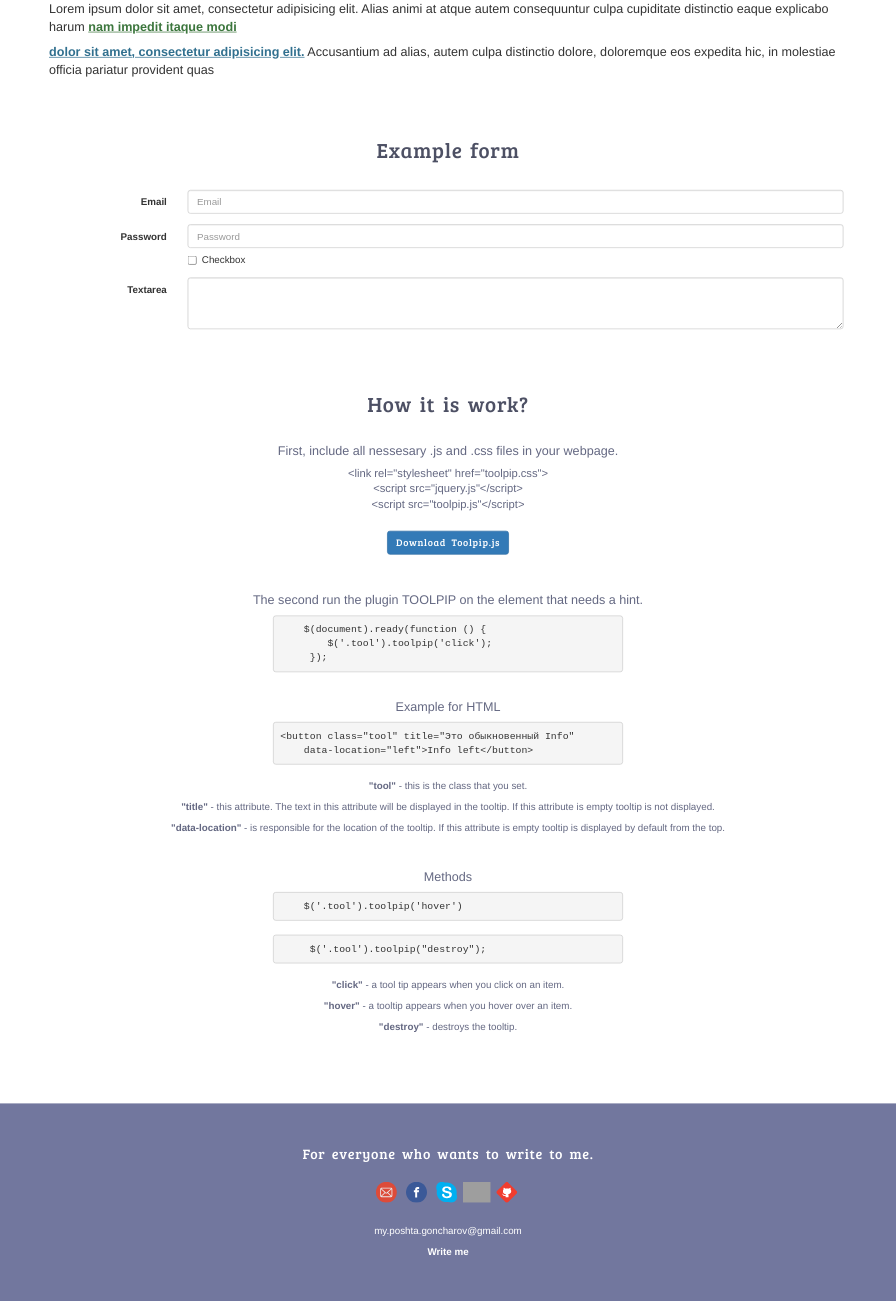
Repository: Raz-Dva/Toolpip-plugin
Page: index.html
The author's editor kept a copy of each file at every save. The page is drawn from the files as they stood at one save, then again after the next save.
The browser window is 1280 px wide. The pictures show the part of the page from y = 1445 to 3365 px (the page is 3304 px tall before and 3365 px after), at 70% of full size.
Pictures or frames that could not be fetched are drawn as grey boxes.

Above is the page before, as saved 2021-10-21 11:13:19.

### index.html
<!DOCTYPE html>
<html lang="en">
  <head>
    <!-- Required meta tags -->
    <meta charset="utf-8" />
    <meta
      name="viewport"
      content="width=device-width, initial-scale=1, shrink-to-fit=no"
    />
    <!-- Bootstrap CSS -->
    <link rel="apple-touch-icon" sizes="180x180" href="/apple-touch-icon.png" />
    <link rel="icon" type="image/png" sizes="32x32" href="favicon-32x32.png" />
    <link rel="icon" type="image/png" sizes="16x16" href="favicon-16x16.png" />
    <link rel="mask-icon" href="/safari-pinned-tab.svg" color="#5bbad5" />
    <meta name="msapplication-TileColor" content="#da532c" />
    <meta name="theme-color" content="#ffffff" />
    <link rel="stylesheet" href="css/library/bootstrap.min.css" />
    <link rel="stylesheet" href="css/normalize.css" />
    <link rel="stylesheet" href="css/toolpip.min.css" />
    <link rel="stylesheet" href="css/main-style.css" />
    <link
      href="https://fonts.googleapis.com/css?family=Bree+Serif"
      rel="stylesheet"
    />
    <title>Toolpip</title>
  </head>
  <body>
    <header>
      <div class="header_bg">
        <div class="header_bg_img">
          <nav class="navbar navbar-default nav-header">
            <div class="container">
              <div class="navbar-header">
                <button
                  type="button"
                  class="navbar-toggle collapsed"
                  data-toggle="collapse"
                  data-target="#bs-example-navbar-collapse-1"
                  aria-expanded="false"
                >
                  <span class="sr-only">Toggle navigation</span>
                  <span class="icon-bar"></span>
                  <span class="icon-bar"></span>
                  <span class="icon-bar"></span>
                </button>
                <a
                  class="navbar-brand wrap-logo"
                  href="http://honcharov-portfolio.herokuapp.com/"
                >
                  <div class="logo-block">
                    <img src="img/my-logo1.jpg" alt="" />
                  </div>
                  <p class="name-logo">Hellfish</p>
                </a>
              </div>
              <!-- Collect the nav links, forms, and other content for toggling -->
              <div
                class="collapse navbar-collapse"
                id="bs-example-navbar-collapse-1"
              >
                <ul class="nav navbar-nav navbar-right">
                  <li><a href="#advantages">Advantages</a></li>
                  <li><a href="#example">Example</a></li>
                  <li><a href="#how-work">How it is work?</a></li>
                  <li>
                    <a href="https://github.com/Raz-Dva/Toolpip-plugin.git"
                      >Download</a
                    >
                  </li>
                </ul>
              </div>
              <!-- /.navbar-collapse -->
            </div>
            <!-- /.container-fluid -->
          </nav>
          <div class="container">
            <div class="row">
              <div class="col-md-6 text-head">
                <h1 class="text-right regular-head">Tooltip</h1>
                <h2 class="regular-head">
                  Tooltips can be attached to any element. When you hover the
                  element with your mouse, the title attribute is displayed in a
                  little box next to the element, just like a native tooltip.
                </h2>
                <h2 class="regular-head">
                  This is a plugin written for example. Not recommended for commercial projects.
                </h2>
                <a
                  href="https://github.com/Raz-Dva/Toolpip-plugin.git"
                  class="btn btn-primary btn-download"
                  >Download</a
                >
              </div>
              <div class="col-md-6 col-img-head">
                <div class="img-head">
                  <img src="img/head-img.png" alt="" />
                </div>
              </div>
            </div>
          </div>
        </div>
      </div>
    </header>
    <main>
      <div class="advantages block-article" id="advantages">
        <div class="container">
          <div class="row">
            <div class="col-sm-12">
              <h2 class="regular-head advantages-head">Advantages</h2>
            </div>
            <div class="col-md-4">
              <h3 class="regular-head">Available CCS</h3>
              <p class="advantages-text">
                You can easily customize your tooltip with css. Add your class
                for a hint using the
                <span class="text-danger">data-class=""</span> attribute and
                create your own styles for that class. Styles for tooltips by
                default are in the file
                <a href="https://github.com/Raz-Dva/Toolpip-plugin/blob/master/css/toolpip.css" class="text-danger text-underline">toolpip.css</a>
              </p>
            </div>
            <div class="col-md-4">
              <h3 class="regular-head">Convenient positioning</h3>
              <p class="advantages-text">
                Now you can not worry about the location of your tips. Your hint
                will automatically change its location if you get out of the
                screen. However, don't forget to test the web page on your
                smartphone.
              </p>
            </div>
            <div class="col-md-4">
              <h3 class="regular-head">Light weight</h3>
              <p class="advantages-text">
                This plugin weight is very light and script is very simple. But
                it is also low-functional. If you want to improve plugin or add
                your methods and functions need to modify file toolpip.js.
              </p>
            </div>
          </div>
        </div>
      </div>
      <div class="example-btn bckg block-article" id="example">
        <div class="container">
          <div class="row">
            <div class="col-sm-12">
              <h2 class="regular-head advantages-head text-center">
                Example click button
                <p>to see the hint click on the button</p>
              </h2>
            </div>
            <div class="col-md-4 col-sm-6 text-center block-btn">
              <button
                class="btn btn-primary tool"
                data-location="bottom"
                data-class="tooltip-yellow"
                title="Text for tooltip"
              >
                Bottom tooltip
              </button>
            </div>
            <div class="col-md-4 col-sm-6 text-center block-btn">
              <button
                class="btn btn-info tool"
                data-class="tooltip-grey"
                data-location="right"
                title="Text for tooltip"
              >
                Right tooltip
              </button>
            </div>
            <div class="col-md-4 col-sm-6 text-center block-btn">
              <button
                class="btn btn-danger tool"
                data-class="tooltip-dark-blue"
                data-location="top"
                title="Lorem ipsum dolor sit amet, consectetur adipisicing elit. Ab accusamus amet et facilis nam, non officiis repellat voluptate"
              >
                Top tooltip
              </button>
            </div>
            <div class="col-md-4 col-sm-6 text-center block-btn">
              <button
                class="btn btn-default tool"
                data-location="bottom"
                title="Text for tooltip"
              >
                Bottom default tooltip
              </button>
            </div>

            <div class="col-md-4 col-sm-6 text-center block-btn">
              <button
                class="btn btn-success tool"
                data-class="tooltip-blue"
                data-location="left"
                title="Text for tooltip"
              >
                Left tooltip
              </button>
            </div>
            <div class="col-md-4 col-sm-6 text-center block-btn">
              <button
                class="btn btn-warning tool"
                data-class="tooltip-circle"
                data-location="bottom"
                title="82%"
              >
                Bottom tooltip
              </button>
            </div>
          </div>
        </div>
      </div>
      <div class="example-text block-article">
        <div class="container">
          <div class="row">
            <div class="col-sm-12">
              <h2 class="regular-head advantages-head text-center">
                Example hover text
                <p>hover the mouse over the selected text</p>
              </h2>
            </div>
            <div class="col-sm-12 example-text">
              <p class="">
                Lorem ipsum dolor sit amet, consectetur adipisicing elit. Animi
                atque autem corporis culpa, distinctio dolorem fugit id
                <strong
                  class="text-danger tool-hv text-underline"
                  data-location="bottom"
                  data-class="tooltip-yellow"
                  title="Text for tooltip"
                  >incidunt iusto,</strong
                >
                laudantium mollitia natus neque officia
              </p>
            </div>
            <div class="col-sm-12 example-text">
              <p class="">
                Lorem ipsum dolor sit amet, consectetur adipisicing elit. Alias
                animi at atque autem consequuntur culpa cupiditate distinctio
                eaque explicabo harum
                <strong
                  class="tool-hv text-success text-underline"
                  data-class="tooltip-blue"
                  data-location="left"
                  title="Text for tooltip"
                  >nam impedit itaque modi</strong
                >
              </p>
            </div>
            <div class="col-sm-12 example-text">
              <p class="">
                <strong
                  class="tool-hv text-info text-underline"
                  data-class="tooltip-dark-blue"
                  data-location="top"
                  title="10/2"
                  >dolor sit amet, consectetur adipisicing elit.</strong
                >
                Accusantium ad alias, autem culpa distinctio dolore, doloremque
                eos expedita hic, in molestiae officia pariatur provident quas
              </p>
            </div>
          </div>
        </div>
      </div>
      <div class="example-form block-article">
        <div class="container">
          <div class="row">
            <div class="col-sm-12">
              <h2 class="regular-head advantages-head text-center">
                Example form
              </h2>
            </div>
            <form class="form-horizontal">
              <div class="form-group">
                <label for="inputEmail" class="col-lg-2 control-label"
                  >Email</label
                >
                <div class="col-lg-10">
                  <input
                    type="text"
                    class="form-control tool-hv"
                    data-class="tooltip-yellow"
                    data-location="top"
                    title="Email"
                    id="inputEmail"
                    placeholder="Email"
                  />
                </div>
              </div>
              <div class="form-group">
                <label for="inputPassword" class="col-lg-2 control-label"
                  >Password</label
                >
                <div class="col-lg-10">
                  <input
                    type="password"
                    class="form-control tool-hv"
                    id="inputPassword"
                    placeholder="Password"
                    data-class="tooltip-blue"
                    data-location="left"
                    title="Password"
                  />
                  <div class="checkbox pull-left">
                    <input
                      type="checkbox"
                      class="tool-hv"
                      data-location="top"
                      title="Text for tooltip"
                    />

                    <label
                      class="tool-hv"
                      data-location="top"
                      title="Text for tooltip"
                      >Checkbox
                    </label>
                  </div>
                </div>
              </div>
              <div class="form-group">
                <label for="textArea" class="col-lg-2 control-label"
                  >Textarea</label
                >
                <div class="col-lg-10">
                  <textarea
                    class="form-control tool-hv"
                    data-class="tooltip-grey"
                    data-location="right"
                    title="Textarea"
                    rows="3"
                    id="textArea"
                  ></textarea>
                </div>
              </div>
            </form>
          </div>
        </div>
      </div>
      <div class="how-work block-article" id="how-work">
        <div class="container">
          <div class="row">
            <div class="col-sm-12">
              <h2 class="regular-head advantages-head text-center">
                How it is work?
              </h2>
              <p class="advantages-text">
                First, include all nessesary .js and .css files in your webpage.
              </p>
              <p class="text-center">
                <span class="code-item"
                  >&lt;link rel=&quot;stylesheet&quot;
                  href=&quot;toolpip.css&quot;&gt;</span
                >
                <br />
                <span class="code-item"
                  >&lt;script src=&quot;jquery.js&quot;&lt;/script&gt;</span
                >
                <br />
                <span class="code-item"
                  >&lt;script src=&quot;toolpip.js&quot;&lt;/script&gt;</span
                >
                <br />
                <br />

                <a
                  href="https://github.com/Raz-Dva/Toolpip-plugin.git"
                  class="btn btn-primary btn-download"
                  >Download Toolpip.js</a
                >
              </p>
              <br />
              <br />
              <p class="advantages-text">
                The second run the plugin TOOLPIP on the element that needs a
                hint.
              </p>
              <pre class="pre-block">
    $(document).ready(function () {
        $('.tool').toolpip('click');
     });</pre
              >
              <br />
              <br />
              <p class="advantages-text">Example for HTML</p>
              <pre class="pre-block">
&lt;button class="tool" title="Это обыкновенный Info"
    data-location="left"&gt;Info left&lt;/button&gt;</pre
              >
              <br />
              <p class="descript-text text-center">
                <span>"tool"</span> - this is the class that you set.
              </p>
              <p class="descript-text text-center">
                <span>"title"</span> - this attribute. The text in this
                attribute will be displayed in the tooltip. If this attribute is
                empty tooltip is not displayed.
              </p>
              <p class="descript-text text-center">
                <span>"data-location"</span> - is responsible for the location
                of the tooltip. If this attribute is empty tooltip is displayed
                by default from the top.
              </p>
              <br />
              <br />
              <p class="advantages-text">Methods</p>
              <pre class="pre-block">    $('.tool').toolpip('hover')</pre>
              <br />
              <pre class="pre-block">     $('.tool').toolpip("destroy");</pre>
              <br />
              <p class="descript-text text-center">
                <span>"click"</span> - a tool tip appears when you click on an
                item.
              </p>
              <p class="descript-text text-center">
                <span>"hover"</span> - a tooltip appears when you hover over an
                item.
              </p>
              <p class="descript-text text-center">
                <span>"destroy"</span> - destroys the tooltip.
              </p>
              <br />
              <br />
            </div>
          </div>
        </div>
      </div>
    </main>
    <footer>
      <div class="container">
        <div class="row">
          <div class="col-sm-12">
            <h2 class="regular-head text-center">
              For everyone who wants to write to me.
            </h2>
            <ul class="social-icon">
              <li>
                <a href="mailto:my.poshta.goncharov@gmail.com"
                  ><img src="img/email.svg" alt=""
                /></a>
              </li>
              <li>
                <a href="https://www.facebook.com/ivan.goncharov.180"
                  ><img src="img/facebook-svgrepo-com.svg" alt=""
                /></a>
              </li>
              <li>
                <a href="skype:ivan-my-skype"
                  ><img src="img/skype-svgrepo-com.svg" alt=""
                /></a>
              </li>
              <li>
                <a href="https://www.instagram.com/ivangoncharov13/"
                  ><img src="img/instagram-svgrepo-com.svg" alt=""
                /></a>
              </li>
              <li>
                <a href="https://github.com/Raz-Dva"
                  ><img src="img/git.svg" alt=""
                /></a>
              </li>
            </ul>
            <p style="text-align: center">my.poshta.goncharov@gmail.com</p>
            <p style="text-align: center;  font-weight: bold;">
              <a style="color: #fff;" href="mailto:someone@yoursite.com">Write me</a>
            </p>
          </div>
        </div>
      </div>
    </footer>
    <div class="to-top" id="to-top">
      <div class="block-img_superman">
        <img src="img/super-top.png" alt="" />
      </div>
      <div class="block-img-farting">
        <img src="img/599514.png" alt="" />
      </div>
    </div>

    <script src="js/library/jquery-2.0.0.min.js"></script>
    <script src="js/library/bootstrap.min.js"></script>
    <script src="js/toolpip.min.js"></script>

    <script>
      $(document).ready(function () {
        $(".tool-hv").toolpip("hover");
        $(".tool").toolpip("click");
        //======= to top
        var toTop = $("#to-top"),
          far = $(".block-img-farting");

        toTop.click(function () {
          $("body,html").animate({ scrollTop: 0 }, 800);
          far.fadeIn();
        });
        $(window).scroll(function () {
          if ($(this).scrollTop() != 0) {
            toTop.fadeIn();
          } else {
            toTop.fadeOut();
            far.fadeOut();
          }
        });
        //======= the transition for anchors
        $(function () {
          $('a[href^="#"]').on("click", function (event) {
            event.preventDefault();
            var sc = $(this).attr("href"),
              dn = $(sc).offset().top;
            $("html, body").animate({ scrollTop: dn }, 1000);
          });
        });
      });
    </script>
  </body>
</html>

### css/toolpip.min.css
.toolpip{display:none;position:absolute;z-index:10;line-height:1;border-radius:4px;padding:5px 10px;color:#fff;max-width:140px;min-width:100px;text-align:center;width:auto;font-size:14px;background:rgba(102,100,102,1)}.toolpip:after{content:'';display:block;position:absolute}.toolpip[data-show='right']:after{right:100%;top:50%;margin-top:-8px;width:0;height:0;border-top:8px solid transparent;border-right:8px solid rgba(102,100,102,1);border-bottom:8px solid transparent}.toolpip[data-show='left']:after{left:100%;top:50%;margin-top:-8px;width:0;height:0;border-top:8px solid transparent;border-left:8px solid rgba(102,100,102,1);border-bottom:8px solid transparent}.toolpip[data-show='top']:after{left:50%;top:100%;margin-left:-8px;width:0;height:0;border-left:8px solid transparent;border-right:8px solid transparent;border-top:8px solid rgba(102,100,102,1)}.toolpip[data-show='bottom']:after{left:50%;bottom:100%;margin-left:-8px;width:0;height:0;border-left:8px solid transparent;border-right:8px solid transparent;border-bottom:8px solid rgba(102,100,102,1)}.toolpip p{margin:0}

Loaded but not shown: css/library/bootstrap.min.css (library); css/normalize.css (library); js/library/jquery-2.0.0.min.js (library); js/library/bootstrap.min.js (library); js/toolpip.min.js (library); css/main-style.css (516 lines, source omitted)

After the next save:
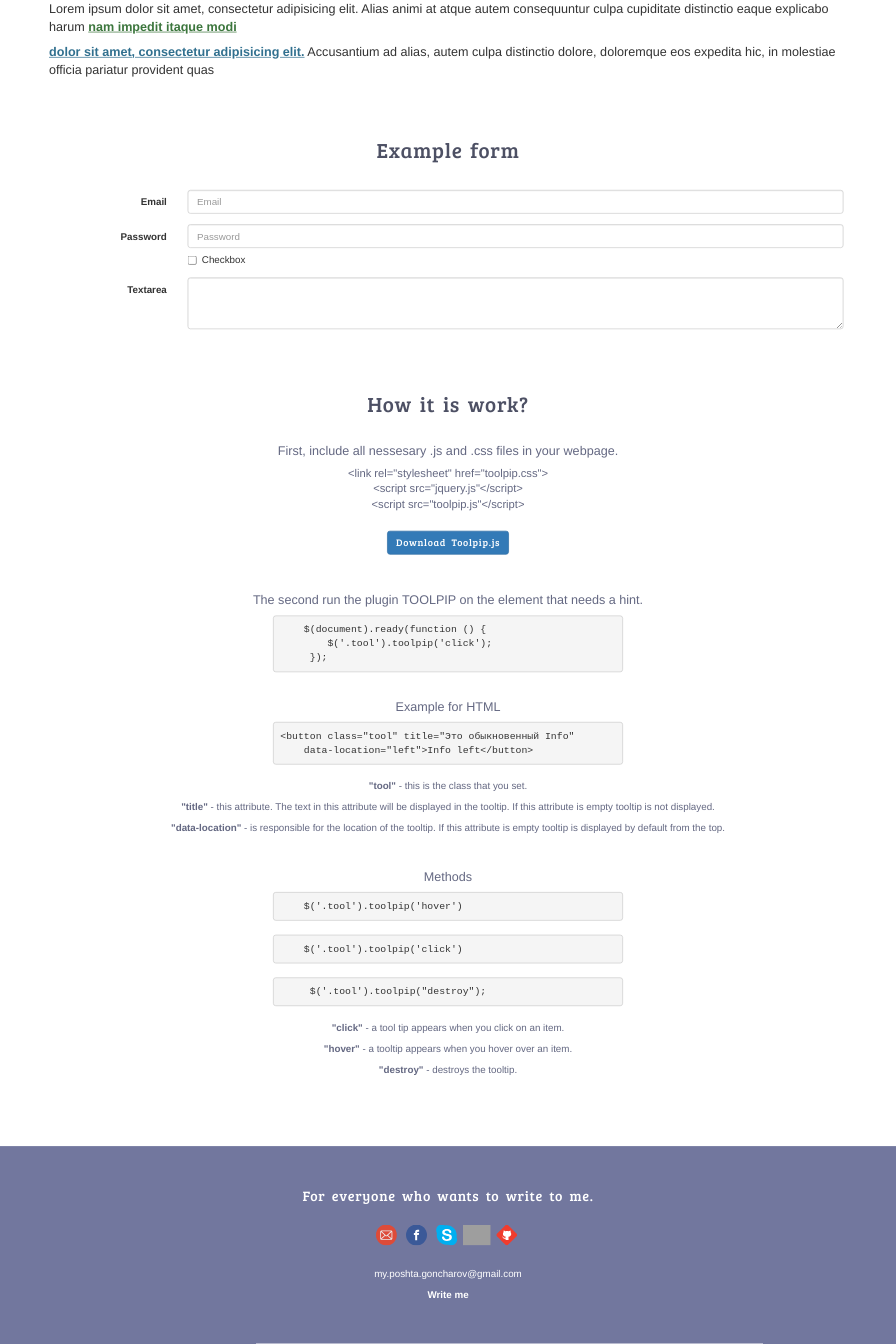
Saved 33 min 9 s later.
--- a/index.html
+++ b/index.html
@@ -408,6 +408,8 @@
               <p class="advantages-text">Methods</p>
               <pre class="pre-block">    $('.tool').toolpip('hover')</pre>
               <br />
+              <pre class="pre-block">    $('.tool').toolpip('click')</pre>
+              <br />
               <pre class="pre-block">     $('.tool').toolpip("destroy");</pre>
               <br />
               <p class="descript-text text-center">
